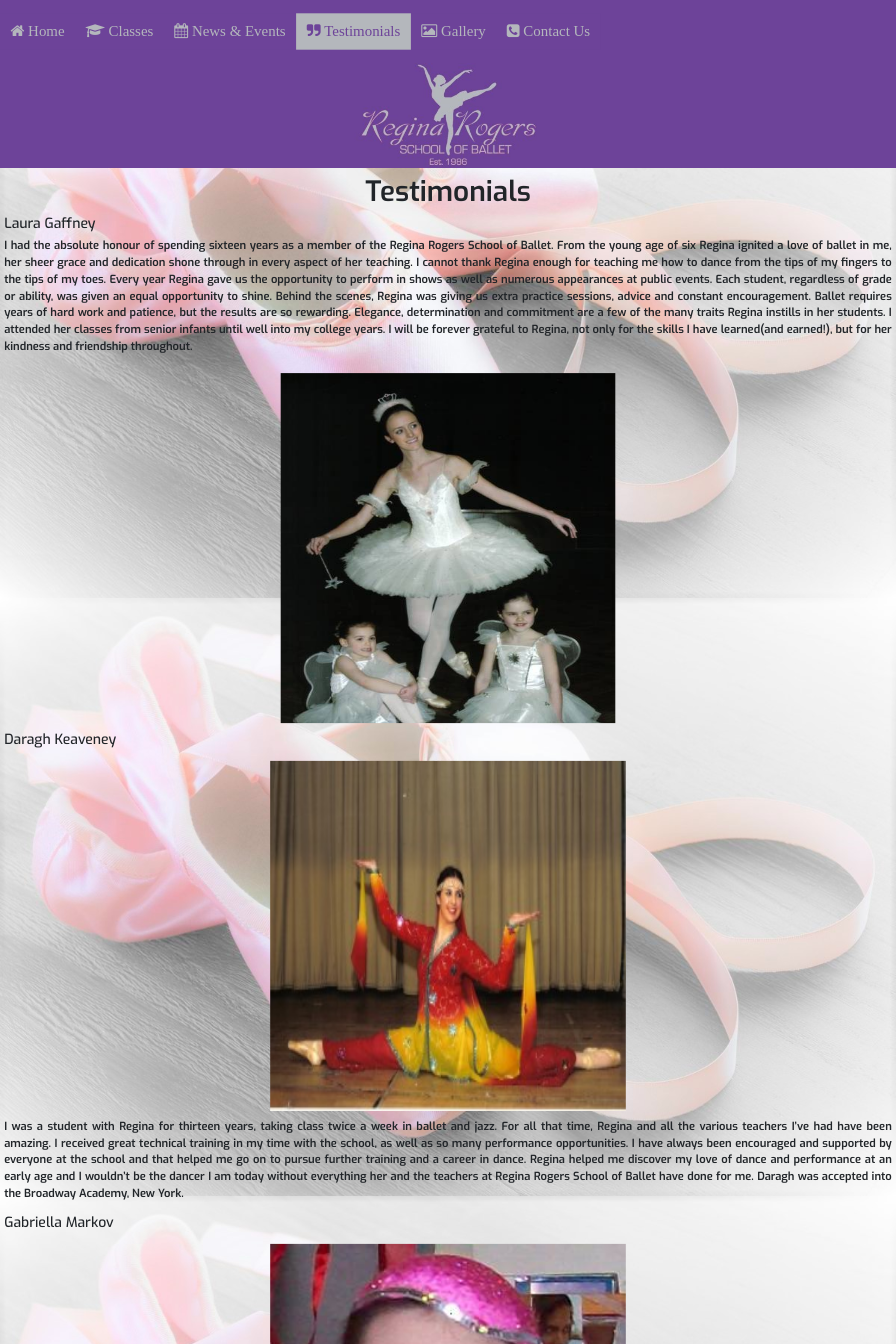
Repository: davidtmiller2010/galwayballet
Page: Testimonial.html
The author's editor kept a record of every edit. The page is drawn from the files as they stood at one moment, then again after the next edit.
The browser window is 1280 px wide. The pictures show the part of the page from y = 0 to 1920 px (the page is 3143 px tall), at 70% of full size.

Above is the page before.

### Testimonial.html
<!DOCTYPE html>
<html lang="en">

<head>
    <meta charset="UTF-8">
    <meta name="viewport" content="width=device-width, initial-scale=1.0">
    <meta http-equiv="X-UA-Compatible" content="ie=edge">
    <link rel="stylesheet" href="https://stackpath.bootstrapcdn.com/bootstrap/4.3.1/css/bootstrap.min.css" type="text/css" />
    <link rel="stylesheet" href="https://stackpath.bootstrapcdn.com/font-awesome/4.7.0/css/font-awesome.min.css" type="text/css" />
    <link rel="stylesheet" href="assets/CSS/style1.css" type="text/css" />
    <link href="https://fonts.googleapis.com/css?family=Exo|Roboto" rel="stylesheet">
    <link href="https://fonts.googleapis.com/css?family=Dancing+Script" rel="stylesheet">
    <title>Regina Rogers</title>
</head>

<body>
    <header>
        <div class="navbar ">
            <ul>
                <li><a href="index.html" class=" col-12  col-2"><i class="fa fa-home fa-lg"> Home</i></a></li>
                <li><a href="Classes.html" class=" col-12  col-2"><i class="fa fa-graduation-cap fa-lg"> Classes</i></a></li>
                <li><a href="News.html" class=" col-12  col-2"><i class="fa fa-calendar fa-lg"> News & Events</i></a></li>
                <li><a href="Testimonial.html" class="active col-12  col-2"><i class="fa fa-quote-right fa-lg"> Testimonials</i></a></li>
                <li><a href="Gallery.html" class=" col-12  col-2"><i class="fa fa-image fa-lg"> Gallery</i></a></li>
                <li><a href="Contact.html" class=" col-12  col-2"><i class="fa fa-phone-square fa-lg"> Contact Us</i></a></li>
            </ul>
        </div>
    </header>
    <section class="container-fluid">
        <div class="logo">
            <!---logo--->
        </div>
        <h2 class=heading>Testimonials</h2>
        <div class="row">
            <div class="testimonials">
                <h5>Laura Gaffney</h5>
                <p>I had the absolute honour of spending sixteen years as a member of the Regina Rogers School of Ballet. From the young age of six Regina ignited a love of ballet in me, her sheer grace and dedication shone through in every aspect of her
                    teaching. I cannot thank Regina enough for teaching me how to dance from the tips of my fingers to the tips of my toes. Every year Regina gave us the opportunity to perform in shows as well as numerous appearances at public events.
                    Each student, regardless of grade or ability, was given an equal opportunity to shine. Behind the scenes, Regina was giving us extra practice sessions, advice and constant encouragement. Ballet requires years of hard work and patience,
                    but the results are so rewarding. Elegance, determination and commitment are a few of the many traits Regina instills in her students. I attended her classes from senior infants until well into my college years. I will be forever grateful
                    to Regina, not only for the skills I have learned(and earned!), but for her kindness and friendship throughout.</p>
                <img src="assets/images/laura.jpg" class="col-6 image">
                </div>
            <div class="col-sm-1">
            </div>
            <div class="testimonials">
                <h5>Daragh Keaveney</h5>
                <img src="assets/images/Daragh.jpg" class="image" >
                <p>I was a student with Regina for thirteen years, taking class twice a week in ballet and jazz. For all that time, Regina and all the various teachers I’ve had have been amazing. I received great technical training in my time with the school,
                    as well as so many performance opportunities. I have always been encouraged and supported by everyone at the school and that helped me go on to pursue further training and a career in dance. Regina helped me discover my love of dance
                    and performance at an early age and I wouldn’t be the dancer I am today without everything her and the teachers at Regina Rogers School of Ballet have done for me. Daragh was accepted into the Broadway Academy, New York.</p>
            </div>

            <div class="testimonials">
                <h5>Gabriella Markov</h5>
                <img src="assets/images/gabriella.jpg" class="image">
                <p>“I’ve loved my year with Regina Rogers School of Ballet SO much, I don’t think I’ve ever loved Ballet more—-I’ve learned so much from brilliant teachers. The atmosphere is always fantastic, the girls were always kind to me, I’ve had fun
                    every time and I’ve learned twice as much from this atmosphere than any nasty one! One of the best experiences of my life was appearing on stage with the Perm State Ballet of Russia——-I will never ever forget it. Thank you for giving
                    me all those experiences”. Thank you for inspiring me. Senior student Gabriella Markov who returned home to Australia.</p>
            </div>
            <div class="col-sm-1">
            </div>
            <div class=" testimonials">
                <h5>Catherine Walsh</h5>
                <p>I began ballet at the age of 6 at the Regina Rogers School of Ballet and it was there that I developed my love for ballet. I gained great experiences from my time there, getting the opportunities to do summer schools with Russian trained
                    dancers was what made me want to go on and study ballet further at a more serious level. I loved all the opportunities we got to perform at all kinds of events and I am extremely grateful to Regina for all the help and support she
                    has given me over the 12 years I attended the school. Catherine went on to study ballet through College of Dance Dublin and London Studio Centre.</p>
            <img src="assets/images/Catherine.jpg" class="image">
            </div>
        </div>
    </section>
    <footer>
        <div class="footermessage">
            <h7 class="uppercase general">Looking for ballet classes in galway?</h7><br/>
            <p class="inline-block footermessage">
                    We have classes in Galway City and Knocknacarra.
                    <br>
                    Contact Us:
                    <a href="Contact.html" target="_blank">
                     <i class="fa fa-phone-square infobutton" aria-hidden="true"></i>
                    </a>
                        <a target="_blank" href="https://www.facebook.com/Regina-Rogers-School-of-Ballet-568812096482190/">
                            <i class="fa fa-facebook infobutton " aria-hidden="true"></i>
                            <span class="sr-only">Facebook</span>
                        </a>
                        <a target="_blank" href="https://twitter.com/Twitter">
                            <i class="fa fa-twitter infobutton " aria-hidden="true"></i>
                            <span class="sr-only">Twitter</span>
                        </a>
                        <a target="_blank" href="https://www.instagram.com/instagram/">
                            <i class="fa fa-instagram infobutton " aria-hidden="true"></i>
                            <span class="sr-only">Instagram</span>
                        </a>
                </p>
        </div>
    </footer>
    <script src="https://code.jquery.com/jquery-3.3.1.slim.min.js" integrity="sha384-q8i/X+965DzO0rT7abK41JStQIAqVgRVzpbzo5smXKp4YfRvH+8abtTE1Pi6jizo" crossorigin="anonymous"></script>
    <script src="https://cdnjs.cloudflare.com/ajax/libs/popper.js/1.14.7/umd/popper.min.js" integrity="sha384-UO2eT0CpHqdSJQ6hJty5KVphtPhzWj9WO1clHTMGa3JDZwrnQq4sF86dIHNDz0W1" crossorigin="anonymous"></script>
    <script src="https://stackpath.bootstrapcdn.com/bootstrap/4.3.1/js/bootstrap.min.js" integrity="sha384-JjSmVgyd0p3pXB1rRibZUAYoIIy6OrQ6VrjIEaFf/nJGzIxFDsf4x0xIM+B07jRM" crossorigin="anonymous"></script>

</body>

### assets/CSS/style1.css
@import url('https://fonts.googleapis.com/css?family=Exo:100,200,300,400,500,600,700|Roboto:100,200,300,400,500,600,700');

/*----------colors---------*/

.bg-color-details {
    background: none;
    color: #6D4399;
}

.formbg {
    background: none;
}


.bg-color-contact {
    color: #6D4399;
    background: none;
}

/*----------Header---------*/

header {
    margin-bottom: 90px;
}

.navbar {
    overflow: hidden;
    background-color: #6D4399;
    position: fixed;
    top: 0;
    width: 100%;
    height: 90px;
    padding: 0;
    float: right;
}

ul {
    list-style-type: none;
    margin: 0;
    margin-top: 0;
    padding: 0;
    background-color: #6D4399;
}

li {
    float: left;
}

li a {
    display: block;
    color: #B4B7BC;
    text-align: center;
    padding: 14px 16px;
    text-decoration: none;
}

li a:hover:not(.active) {
    background-color: #B4B7BC;
}

li a:hover {
    color: white;
    background-color: #6D4399;
}

.active {
    background-color: #B4B7BC;
    color: #6D4399;
}


/*----------body---------*/

body {
    top: 20px;
    background-image: url("../images/balletshoes.jpg");
    background-size: 100%;
    font-family: "Exo", sans-serif;
}

.logo {
    background: #6D4399;
    background-image: url("../images/reginalogo3.jpg");
    background-position: center;
    background-repeat: no-repeat;
    background-size: contain;
    top: 0;
    width: 100%;
    position: relative;
    height: 150px;
    padding: 0;
    z-index: -1;
    margin: 0;
}


.row {
    margin-left: 5px;
    margin-right: 5px;
}

.paragraph {
    margin: 10px 0;
    text-align: justify;
    text-justify: inter-word;
    font-family: "Exo", Times, serif;
    font-size: 20px;
    font-weight: 500;
    z-index: -1;
}


/*----------Footer---------*/

footer {
    background: #6D4399;
    color: #6D4399;
    padding-bottom: 10px;
    margin: 0;
    text-align: center;
    height: 50px;
}

.footermessage {
    background-color: #B4B7BC;
    margin: 0;
    height: 50px;
    padding: 0px;
}

.infobutton {
    background-color: #B4B7BC;
    font-size: 20px;
    color: #6D4399;
    margin: 0;
    margin-top: 5px;
    padding: 0;
    transition: all 0.5s ease-in-out;
    -moz-transition: all 0.5s ease-in-out;
    -webkit-transition: all 0.5s ease-in-out;
    -o-transition: all 0.5s ease-in-out;
}

.infobutton:hover {
    color: white;
}

/*----------Tables---------*/

.table {
    border: solid;
    width: 80%;
    color: black;
    border-color: #6D4399;
    margin-left: 10%;
    margin-right: 10%;
    background-color: #B4B7BC;
}

table th {
    background: #6D4399;
    color: white;
    border: solid;
    border-color: #6D4399;
    text-align: center;
}

table td {
    border: solid;
    color: black;
    border-color: #6D4399;
}

#formstyle {
    width: 50%;
    display: inline-block;
    text-align: center;
    margin-left: 25%;
    margin-right: 25%;
}

.form-row {
    margin-top: 5px;
}

/*----------General---------*/

.headers {
    font-weight: 800;
    font-family: "Exo", sans-serif;
    text-align: center;
    text-decoration: underline;
}

.heading {
    font-weight: 600;
    font-family: "Exo", sans-serif;
    text-align: center;
    margin-top: 10px;
    font-size:40px;

}

.headerstyle {
    font-weight: 700;
    font-family: "Exo", sans-serif;
    text-align: center;
    margin-bottom: 15px;
}

.testhead {
    font-weight: 600;
    font-family: "Exo", sans-serif;
    text-align: center;
    margin-top: 20px;
    font-size: 30px;
    text-decoration: underline;
}

.container-fluid {
    padding: 0;
    margin: 0;
}

.contact-heading {
    margin: 25px 0;
}

.gallery {
    margin: 1px;
    width: 100%;
    text-align: center;
}

.news {
    z-index: -1;
    font-weight: 600;
    text-align: center;
    margin:10px 10px 0 ;
}

.newsheader {
    margin: 20px 0;
    text-align: center;
    text-decoration: underline;
    font-weight: bold;
    color: #6D4399;
}

.bordernews {
    border-style: solid;
    border-width: 1px;
    font-weight: 600;
}

 .center {
        width: 50%;
        display: block;
        margin-left: auto;
        margin-right: auto;
        height: 50%;
    }

.fontsize {
    font-size:15px;
}

/*----------Testimonials---------*/

/*.testimonials {
    padding: 0;
    margin-left: 10px;
    margin-right: 2px;
    margin-bottom: 10px;
    text-align: justify;
    z-index: -1;
    font-weight: 600;
    font-family: "Exo", sans-serif;
}*/

.testimonials {
    padding: 0;
    margin: 5px;
    width: 100%;
    text-align: justify;
    z-index: -1;
    font-weight: 600;
    font-family: "Exo", sans-serif;
}

.image {
    width: 250px;
    height: 200px;
    margin: 5px 12.5%;
}

/*----------Media Queries---------*/

@media screen and (max-width: 767px)
/* Mobile */

    {

    nav ul a {
        margin-right: 60%;
        display: inline-block;
    }
}

@media screen and (min-width: 768px) and (max-width: 991px)
/* Tablet */

    {

    nav ul a {
        margin-right: 25%;
        display: inline-block;
    }

    .gallery {
        margin: 1px;
        width: 49%;
        text-align: center;
    }

    .testimonials {
        padding: 0;
        margin: 1px;
        width: 100%;
        text-align: justify;
        z-index: -1;
        font-weight: 600;
        font-family: "Exo", sans-serif;
    }

    .image {
        width: 60%;
        height: 400px;
        margin: 10px 20%;
    }

    .center {
        width: 40%;
        display: block;
        margin:10px 30%;
        height: 50%;
    }
}

@media screen and (min-width: 992px)
/* Desktop */

    {
    .gallery {
        margin: 1px;
        width: 24%;
        text-align: center;
    }

    .testimonials {
        padding: 0;
        margin: 1px;
        width: 100%;
        text-align: justify;
        z-index: -1;
        font-weight: 600;
        font-family: "Exo", sans-serif;
    }

    .image {
        width: 40%;
        height: 500px;
        margin: 10px 30%;
    }

    .center {
        width: 500;
        display: block;
        margin:10px 25%;
        height: 400;
        text-align: center;

    }


}

After the next edit:
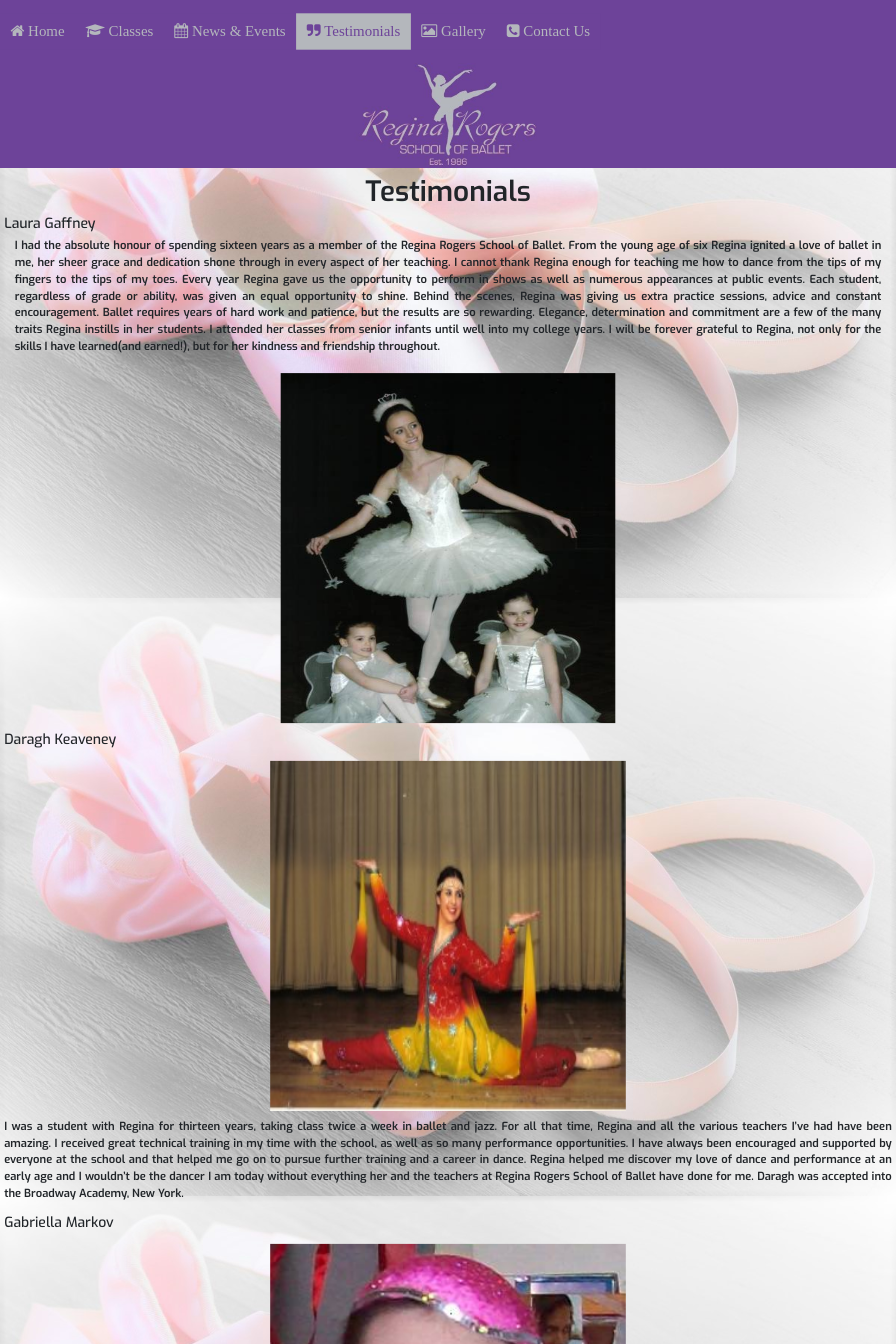
The edit:
--- a/Testimonial.html
+++ b/Testimonial.html
@@ -34,7 +34,7 @@
         <div class="row">
             <div class="testimonials">
                 <h5>Laura Gaffney</h5>
-                <p>I had the absolute honour of spending sixteen years as a member of the Regina Rogers School of Ballet. From the young age of six Regina ignited a love of ballet in me, her sheer grace and dedication shone through in every aspect of her
+                <p class="col-12">I had the absolute honour of spending sixteen years as a member of the Regina Rogers School of Ballet. From the young age of six Regina ignited a love of ballet in me, her sheer grace and dedication shone through in every aspect of her
                     teaching. I cannot thank Regina enough for teaching me how to dance from the tips of my fingers to the tips of my toes. Every year Regina gave us the opportunity to perform in shows as well as numerous appearances at public events.
                     Each student, regardless of grade or ability, was given an equal opportunity to shine. Behind the scenes, Regina was giving us extra practice sessions, advice and constant encouragement. Ballet requires years of hard work and patience,
                     but the results are so rewarding. Elegance, determination and commitment are a few of the many traits Regina instills in her students. I attended her classes from senior infants until well into my college years. I will be forever grateful
